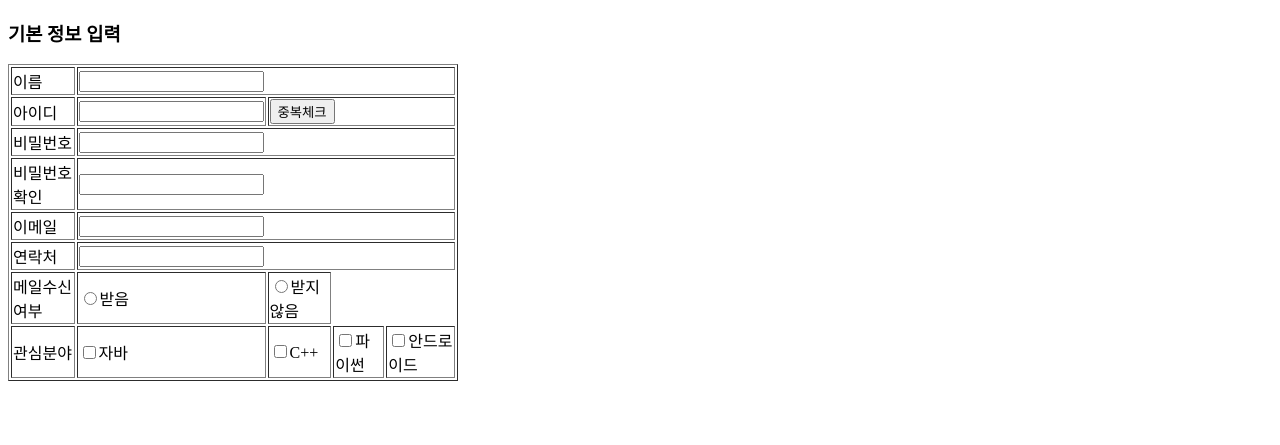
Repository: angelSuho/KCC_Learning_Repo
Page: Html/WebContent/mission03.html
An editor plug-in stored every save of this project. The page is shown before and after the next save, followed by the edit.
The browser window is 1280 px wide. The pictures show the whole page.

Above is the page before, as saved 2024-07-08 06:22:58.

After the next save:
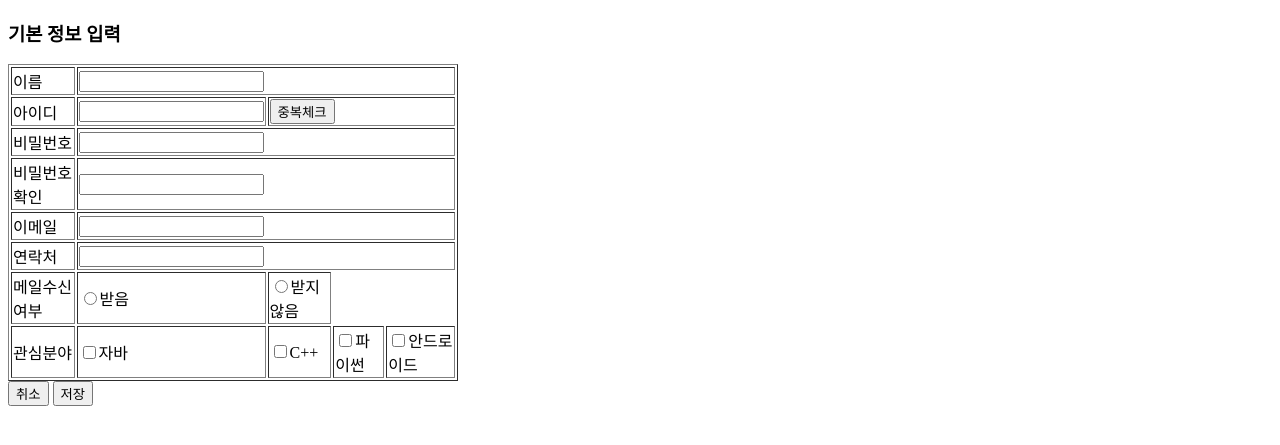
Saved 39 s later.
--- a/Html/WebContent/mission03.html
+++ b/Html/WebContent/mission03.html
@@ -59,5 +59,8 @@
 			</tr>
 		</tbody>
 	</table>
+	<button>취소</button>
+	<button>저장</button>
+
 </body>
 </html>
